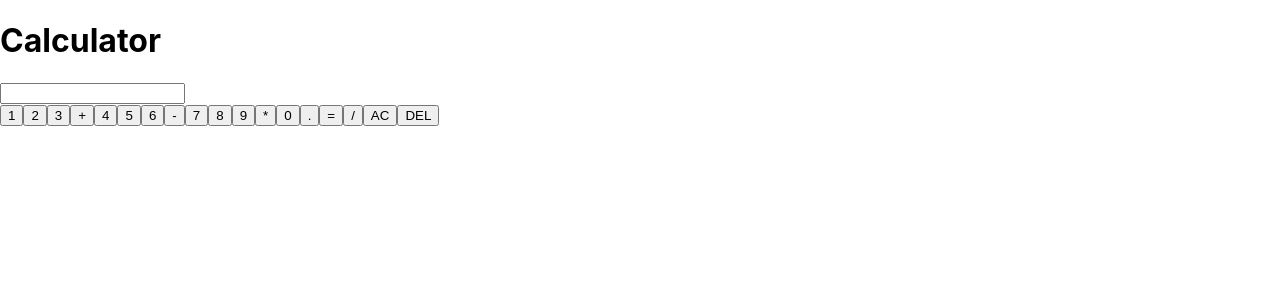
Repository: thesaherriaz/Calculator-React
Page: /
The author's editor kept a copy of each file at every save. The page is drawn from the files as they stood at one save, then again after the next save.
The browser window is 1280 px wide. The pictures show the whole page.
The project was rebuilt for these pictures with package versions that can differ from the ones it lists, and the page was loaded fresh each time.

Above is the page before, as saved 2025-06-18 14:10:51.

After the next save:
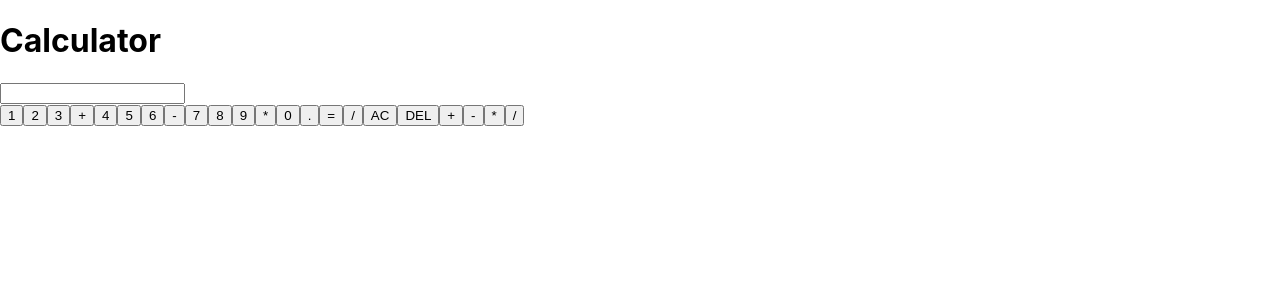
Saved 7 s later.
--- a/src/compnents/Calculator.jsx
+++ b/src/compnents/Calculator.jsx
@@ -25,6 +25,10 @@ function Calculator() {
                 <button>/</button>
                 <button>AC</button>
                 <button>DEL</button>
+                <button>+</button>
+                <button>-</button>
+                <button>*</button>
+                <button>/</button>
             </div>
         </div>
     </>

After the 2 saves that followed:
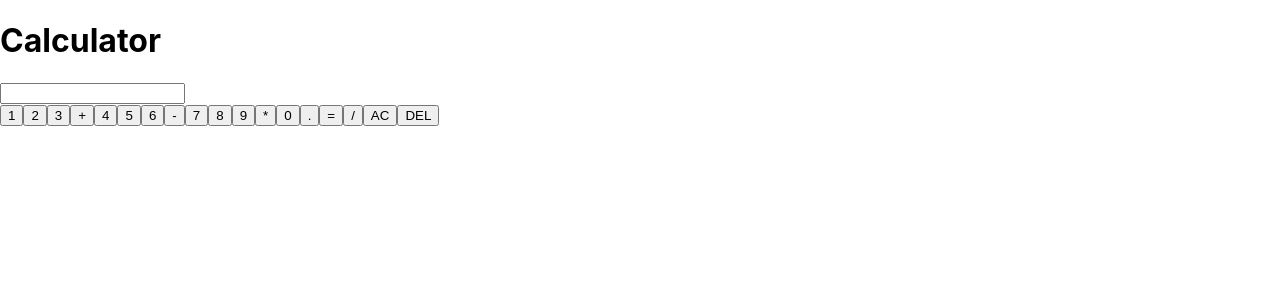
The 2 saves are shown as one change because they came seconds apart.
The last was saved 9 s later.
--- a/src/compnents/Calculator.jsx
+++ b/src/compnents/Calculator.jsx
@@ -25,10 +25,6 @@ function Calculator() {
                 <button>/</button>
                 <button>AC</button>
                 <button>DEL</button>
-                <button>+</button>
-                <button>-</button>
-                <button>*</button>
-                <button>/</button>
             </div>
         </div>
     </>
